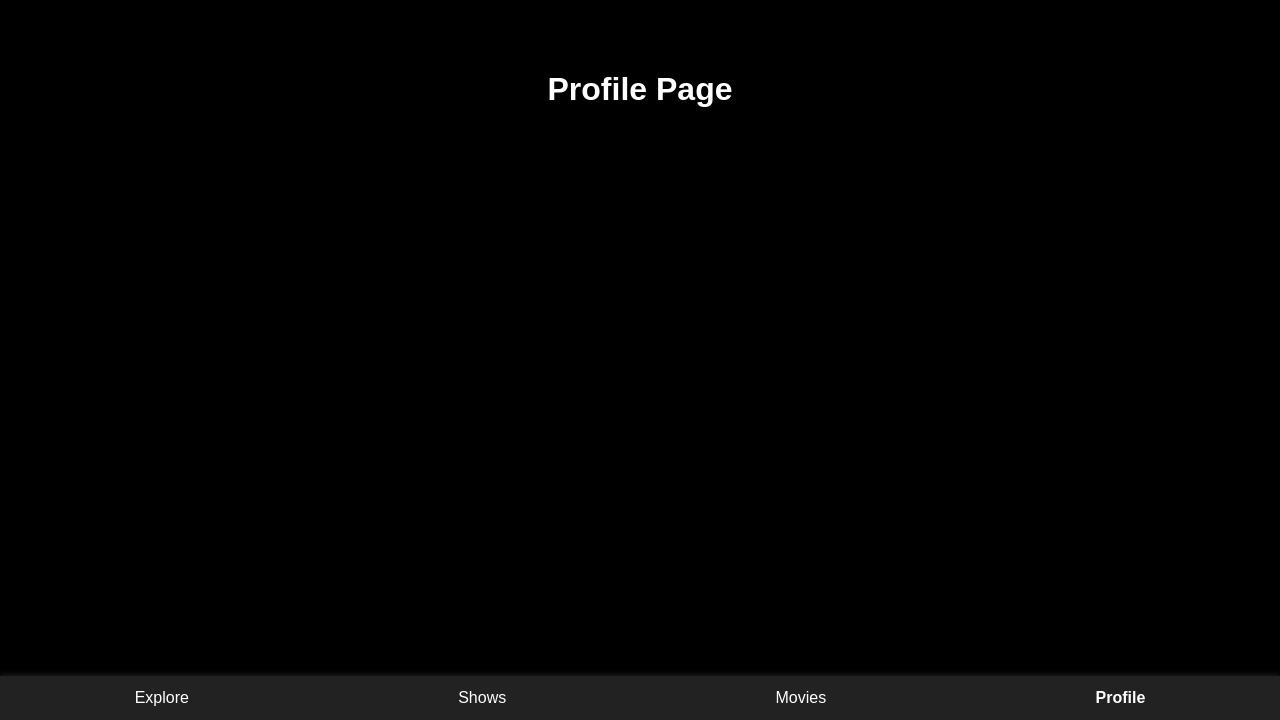
Repository: carson-jenkins-5/tracktv
Page: tracktv/frontend/profile.html
These files come from the project's save history. The page is drawn as it stood at one moment and after the next save; the edit follows.
The browser window is 1280 px wide. The pictures show the whole page.

Above is the page before, as saved 2025-03-10 21:52:00.

After the next save:
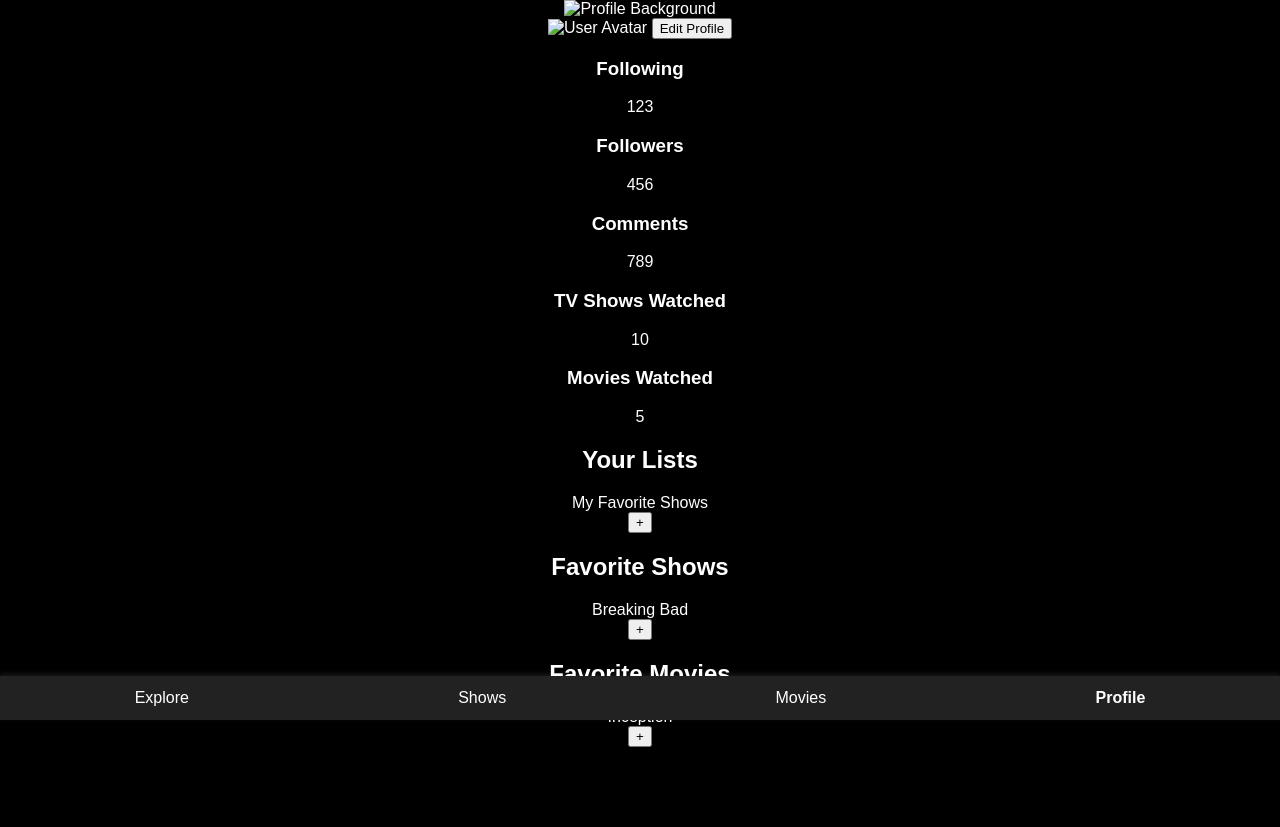
Not found: tracktv/frontend/assets/avatar.jpg
Not found: tracktv/frontend/assets/profile-bg.jpg
Saved 4 days later.
--- a/tracktv/frontend/profile.html
+++ b/tracktv/frontend/profile.html
@@ -8,9 +8,64 @@
 </head>
 <body>
 
-    <!-- Black Screen for Profile -->
-    <div class="profile-container">
-        <h1 style="color: white; text-align: center; padding-top: 50px;">Profile Page</h1>
+    <!-- Profile Header -->
+    <div class="profile-header">
+        <img class="profile-bg" src="assets/profile-bg.jpg" alt="Profile Background">
+        <div class="profile-info">
+            <img class="avatar" src="assets/avatar.jpg" alt="User Avatar">
+            <button class="edit-profile">Edit Profile</button>
+        </div>
+    </div>
+
+    <!-- Stats Section -->
+    <div class="stats-grid">
+        <div class="stat">
+            <h3>Following</h3>
+            <p>123</p>
+        </div>
+        <div class="stat">
+            <h3>Followers</h3>
+            <p>456</p>
+        </div>
+        <div class="stat">
+            <h3>Comments</h3>
+            <p>789</p>
+        </div>
+    </div>
+
+    <!-- Watch Stats Section -->
+    <div class="watch-stats">
+        <div class="watch-item" onclick="window.location.href='shows.html'">
+            <h3>TV Shows Watched</h3>
+            <p>10</p>
+        </div>
+        <div class="watch-item" onclick="window.location.href='movies.html'">
+            <h3>Movies Watched</h3>
+            <p>5</p>
+        </div>
+    </div>
+
+    <!-- Lists Section -->
+    <div class="lists-section">
+        <h2>Your Lists</h2>
+        <div class="lists-container">
+            <div class="list-item">My Favorite Shows</div>
+            <button class="add-list">+</button>
+        </div>
+    </div>
+
+    <!-- Favorites Section -->
+    <div class="favorites-section">
+        <h2>Favorite Shows</h2>
+        <div class="favorites-container">
+            <div class="favorite-item">Breaking Bad</div>
+            <button class="add-favorite">+</button>
+        </div>
+        <h2>Favorite Movies</h2>
+        <div class="favorites-container">
+            <div class="favorite-item">Inception</div>
+            <button class="add-favorite">+</button>
+        </div>
     </div>
 
     <!-- Navbar (Same as Other Pages) -->

After the save that followed:
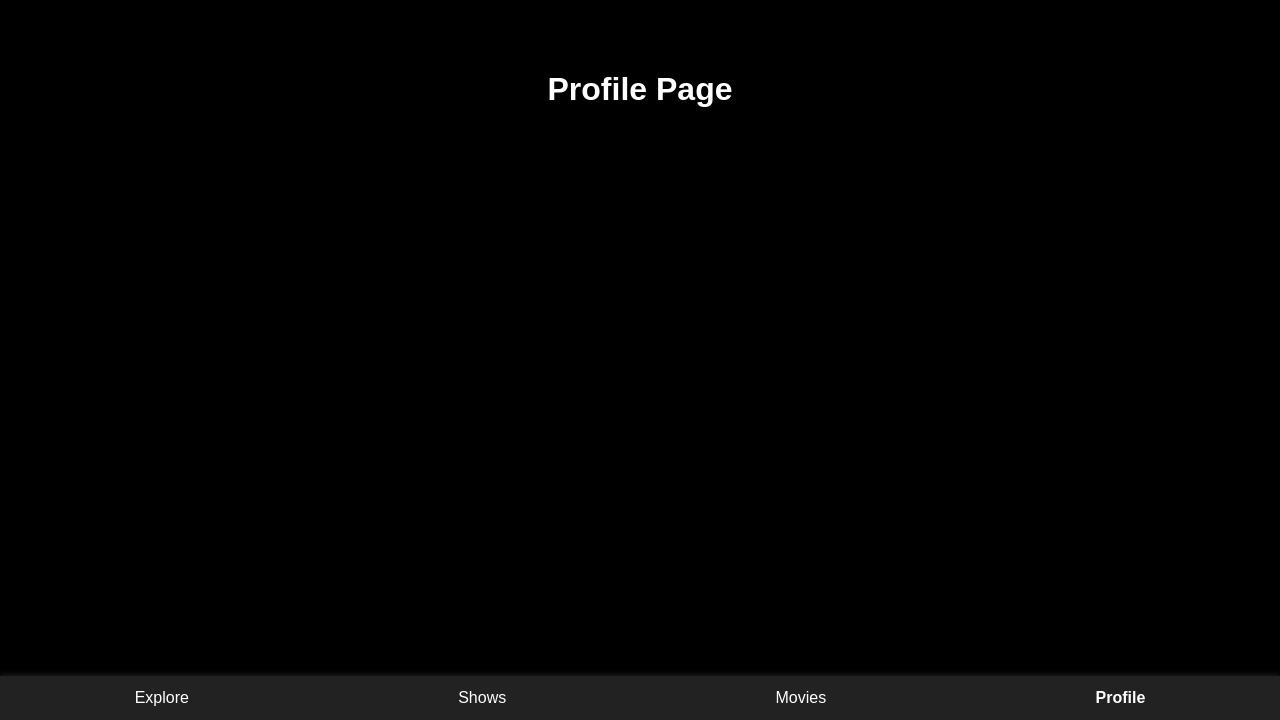
Saved 2 min 14 s later.
--- a/tracktv/frontend/profile.html
+++ b/tracktv/frontend/profile.html
@@ -8,64 +8,9 @@
 </head>
 <body>
 
-    <!-- Profile Header -->
-    <div class="profile-header">
-        <img class="profile-bg" src="assets/profile-bg.jpg" alt="Profile Background">
-        <div class="profile-info">
-            <img class="avatar" src="assets/avatar.jpg" alt="User Avatar">
-            <button class="edit-profile">Edit Profile</button>
-        </div>
-    </div>
-
-    <!-- Stats Section -->
-    <div class="stats-grid">
-        <div class="stat">
-            <h3>Following</h3>
-            <p>123</p>
-        </div>
-        <div class="stat">
-            <h3>Followers</h3>
-            <p>456</p>
-        </div>
-        <div class="stat">
-            <h3>Comments</h3>
-            <p>789</p>
-        </div>
-    </div>
-
-    <!-- Watch Stats Section -->
-    <div class="watch-stats">
-        <div class="watch-item" onclick="window.location.href='shows.html'">
-            <h3>TV Shows Watched</h3>
-            <p>10</p>
-        </div>
-        <div class="watch-item" onclick="window.location.href='movies.html'">
-            <h3>Movies Watched</h3>
-            <p>5</p>
-        </div>
-    </div>
-
-    <!-- Lists Section -->
-    <div class="lists-section">
-        <h2>Your Lists</h2>
-        <div class="lists-container">
-            <div class="list-item">My Favorite Shows</div>
-            <button class="add-list">+</button>
-        </div>
-    </div>
-
-    <!-- Favorites Section -->
-    <div class="favorites-section">
-        <h2>Favorite Shows</h2>
-        <div class="favorites-container">
-            <div class="favorite-item">Breaking Bad</div>
-            <button class="add-favorite">+</button>
-        </div>
-        <h2>Favorite Movies</h2>
-        <div class="favorites-container">
-            <div class="favorite-item">Inception</div>
-            <button class="add-favorite">+</button>
-        </div>
+    <!-- Black Screen for Profile -->
+    <div class="profile-container">
+        <h1 style="color: white; text-align: center; padding-top: 50px;">Profile Page</h1>
     </div>
 
     <!-- Navbar (Same as Other Pages) -->
